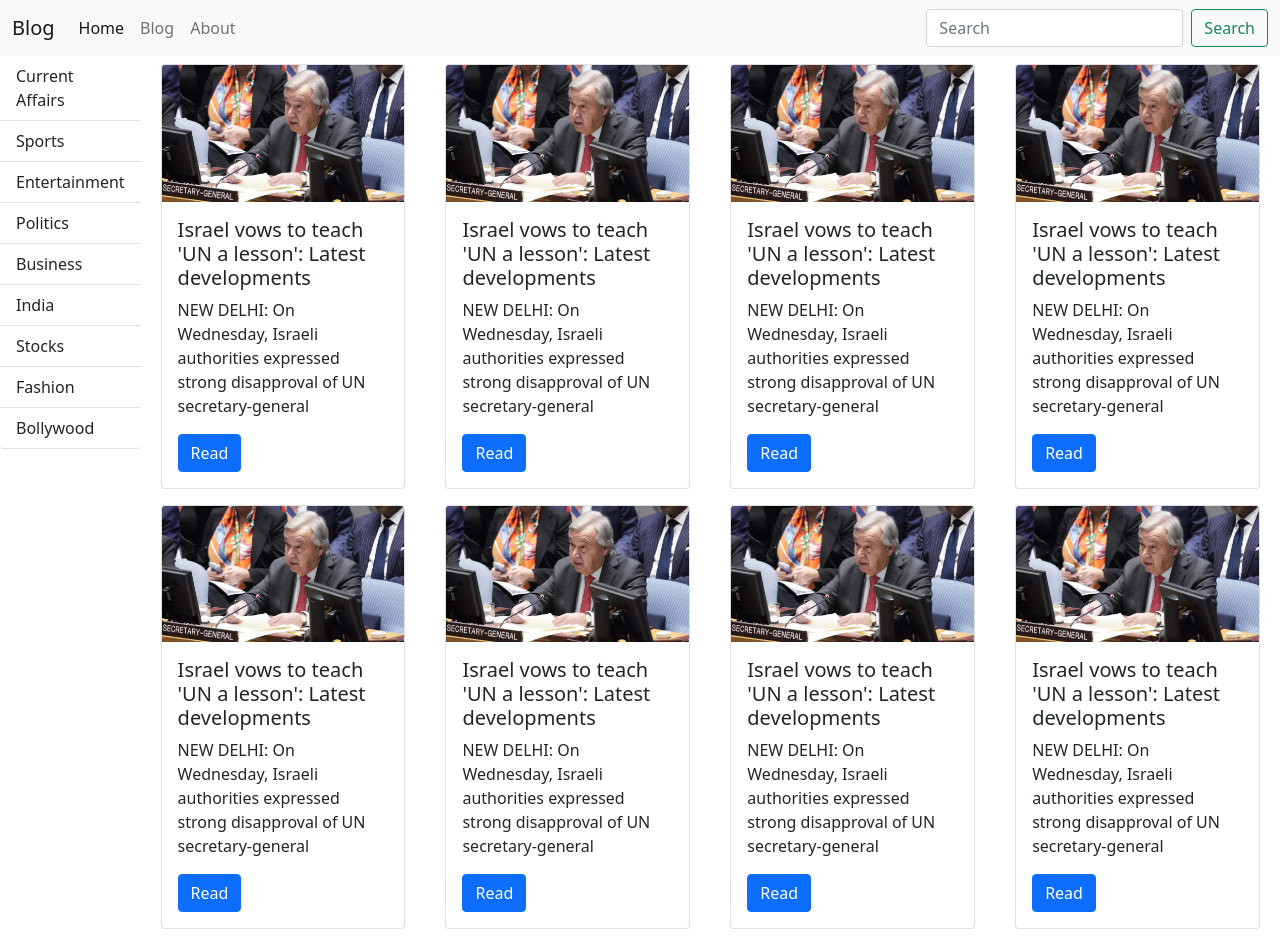
Repository: syni18/bootstrap_blog
Page: index.html
These files come from the project's save history. The page is drawn as it stood at one moment and after a run of saves; the edit follows.
The browser window is 1280 px wide. The pictures show the whole page.

Above is the page before, as saved 2023-10-25 22:31:45.

### index.html
<!DOCTYPE html>
<html lang="en">
  <head>
    <meta charset="UTF-8" />
    <meta name="viewport" content="width=device-width, initial-scale=1.0" />
    <link
      href="https://cdn.jsdelivr.net/npm/bootstrap@5.0.2/dist/css/bootstrap.min.css"
      rel="stylesheet"
      integrity="sha384-EVSTQN3/azprG1Anm3QDgpJLIm9Nao0Yz1ztcQTwFspd3yD65VohhpuuCOmLASjC"
      crossorigin="anonymous"
    />
    <script
      src="https://cdn.jsdelivr.net/npm/bootstrap@5.0.2/dist/js/bootstrap.bundle.min.js"
      integrity="sha384-MrcW6ZMFYlzcLA8Nl+NtUVF0sA7MsXsP1UyJoMp4YLEuNSfAP+JcXn/tWtIaxVXM"
      crossorigin="anonymous"
    ></script>
    <title>Blogging</title>
  </head>
  <body>
    <nav class="navbar navbar-expand-lg navbar-light bg-light">
      <div class="container-fluid">
        <a class="navbar-brand" href="#"> Blog </a>
        <button
          class="navbar-toggler"
          type="button"
          data-bs-toggle="collapse"
          data-bs-target="#navbarSupportedContent"
          aria-controls="navbarSupportedContent"
          aria-expanded="false"
          aria-label="Toggle navigation"
        >
          <span class="navbar-toggler-icon"></span>
        </button>
        <div class="collapse navbar-collapse" id="navbarSupportedContent">
          <ul class="navbar-nav me-auto mb-2 mb-lg-0">
            <li class="nav-item">
              <a class="nav-link active" aria-current="page" href="#"> Home </a>
            </li>
            <li class="nav-item">
              <a class="nav-link" href="#"> Blog </a>
            </li>
            <!-- <li class="nav-item dropdown">
              <a
                class="nav-link dropdown-toggle"
                href="#"
                id="navbarDropdown"
                role="button"
                data-bs-toggle="dropdown"
                aria-expanded="false"
              >
                Dropdown
              </a>
              <ul class="dropdown-menu" aria-labelledby="navbarDropdown">
                <li>
                  <a class="dropdown-item" href="#">
                    Action
                  </a>
                </li>
                <li>
                  <a class="dropdown-item" href="#">
                    Another action
                  </a>
                </li>
                <li>
                  <hr class="dropdown-divider" />
                </li>
                <li>
                  <a class="dropdown-item" href="#">
                    Something else here
                  </a>
                </li>
              </ul>
            </li> -->
            <li class="nav-item">
              <a class="nav-link" href="#"> About </a>
            </li>
          </ul>
          <form class="d-flex">
            <input
              class="form-control me-2"
              type="search"
              placeholder="Search"
              aria-label="Search"
            />
            <button class="btn btn-outline-success" type="submit">
              Search
            </button>
          </form>
        </div>
      </div>
    </nav>
    <div class="p-0 d-flex">
      <ul class="list-group">
        <li class="list-group-item border-0 border-bottom">Current Affairs</li>
        <li class="list-group-item border-0 border-bottom">Sports</li>
        <li class="list-group-item border-0 border-bottom">Entertainment</li>
        <li class="list-group-item border-0 border-bottom">Politics</li>
        <li class="list-group-item border-0 border-bottom">Business</li>
        <li class="list-group-item border-0 border-bottom">India</li>
        <li class="list-group-item border-0 border-bottom">Stocks</li>
        <li class="list-group-item border-0 border-bottom">Fashion</li>
        <li class="list-group-item border-0 border-bottom">Bollywood</li>
      </ul>
      <div class="container">
        <div class="row">
          <div class="col m-2">
            <div class="card w-100">
              <img src="./assets/blog_1.jpg" class="card-img-top" alt="..." />
              <div class="card-body">
                <h5 class="card-title">
                  Israel vows to teach 'UN a lesson': Latest developments
                </h5>
                <p class="card-text">
                  NEW DELHI: On Wednesday, Israeli authorities expressed strong
                  disapproval of UN secretary-general
                </p>
                <button
                  type="button"
                  class="btn btn-primary"
                  data-bs-toggle="modal"
                  data-bs-target="#staticBackdrop"
                >
                  Read
                </button>
              </div>
            </div>
          </div>
          <div class="col m-2">
            <div class="card w-100">
              <img src="./assets/blog_1.jpg" class="card-img-top" alt="..." />
              <div class="card-body">
                <h5 class="card-title">
                  Israel vows to teach 'UN a lesson': Latest developments
                </h5>
                <p class="card-text">
                  NEW DELHI: On Wednesday, Israeli authorities expressed strong
                  disapproval of UN secretary-general
                </p>
                <button
                  type="button"
                  class="btn btn-primary"
                  data-bs-toggle="modal"
                  data-bs-target="#staticBackdrop"
                >
                  Read
                </button>
              </div>
            </div>
          </div>
          <div class="col m-2">
            <div class="card w-100">
              <img src="./assets/blog_1.jpg" class="card-img-top" alt="..." />
              <div class="card-body">
                <h5 class="card-title">
                  Israel vows to teach 'UN a lesson': Latest developments
                </h5>
                <p class="card-text">
                  NEW DELHI: On Wednesday, Israeli authorities expressed strong
                  disapproval of UN secretary-general
                </p>
                <button
                  type="button"
                  class="btn btn-primary"
                  data-bs-toggle="modal"
                  data-bs-target="#staticBackdrop"
                >
                  Read
                </button>
              </div>
            </div>
          </div>
          <div class="col m-2">
            <div class="card w-100">
              <img src="./assets/blog_1.jpg" class="card-img-top" alt="..." />
              <div class="card-body">
                <h5 class="card-title">
                  Israel vows to teach 'UN a lesson': Latest developments
                </h5>
                <p class="card-text">
                  NEW DELHI: On Wednesday, Israeli authorities expressed strong
                  disapproval of UN secretary-general
                </p>
                <button
                  type="button"
                  class="btn btn-primary"
                  data-bs-toggle="modal"
                  data-bs-target="#staticBackdrop"
                >
                  Read
                </button>
              </div>
            </div>
          </div>
        </div>
        <div class="row">
          <div class="col m-2">
            <div class="card w-100">
              <img src="./assets/blog_1.jpg" class="card-img-top" alt="..." />
              <div class="card-body">
                <h5 class="card-title">
                  Israel vows to teach 'UN a lesson': Latest developments
                </h5>
                <p class="card-text">
                  NEW DELHI: On Wednesday, Israeli authorities expressed strong
                  disapproval of UN secretary-general
                </p>
                <button
                  type="button"
                  class="btn btn-primary"
                  data-bs-toggle="modal"
                  data-bs-target="#staticBackdrop"
                >
                  Read
                </button>
              </div>
            </div>
          </div>
          <div class="col m-2">
            <div class="card w-100">
              <img src="./assets/blog_1.jpg" class="card-img-top" alt="..." />
              <div class="card-body">
                <h5 class="card-title">
                  Israel vows to teach 'UN a lesson': Latest developments
                </h5>
                <p class="card-text">
                  NEW DELHI: On Wednesday, Israeli authorities expressed strong
                  disapproval of UN secretary-general
                </p>
                <button
                  type="button"
                  class="btn btn-primary"
                  data-bs-toggle="modal"
                  data-bs-target="#staticBackdrop"
                >
                  Read
                </button>
              </div>
            </div>
          </div>
          <div class="col m-2">
            <div class="card w-100">
              <img src="./assets/blog_1.jpg" class="card-img-top" alt="..." />
              <div class="card-body">
                <h5 class="card-title">
                  Israel vows to teach 'UN a lesson': Latest developments
                </h5>
                <p class="card-text">
                  NEW DELHI: On Wednesday, Israeli authorities expressed strong
                  disapproval of UN secretary-general
                </p>
                <button
                  type="button"
                  class="btn btn-primary"
                  data-bs-toggle="modal"
                  data-bs-target="#staticBackdrop"
                >
                  Read
                </button>
              </div>
            </div>
          </div>
          <div class="col m-2">
            <div class="card w-100">
              <img src="./assets/blog_1.jpg" class="card-img-top" alt="..." />
              <div class="card-body">
                <h5 class="card-title">
                  Israel vows to teach 'UN a lesson': Latest developments
                </h5>
                <p class="card-text">
                  NEW DELHI: On Wednesday, Israeli authorities expressed strong
                  disapproval of UN secretary-general
                </p>
                <button
                  type="button"
                  class="btn btn-primary"
                  data-bs-toggle="modal"
                  data-bs-target="#staticBackdrop"
                >
                  Read
                </button>
              </div>
            </div>
          </div>
        </div>
        <!-- <div class="row">
          <div class="col m-2">
            <div class="card w-100">
              <img src="./assets/blog_1.jpg" class="card-img-top" alt="..." />
              <div class="card-body">
                <h5 class="card-title">
                  Israel vows to teach 'UN a lesson': Latest developments
                </h5>
                <p class="card-text">
                  NEW DELHI: On Wednesday, Israeli authorities expressed strong
                  disapproval of UN secretary-general
                </p>
                <button
                  type="button"
                  class="btn btn-primary"
                  data-bs-toggle="modal"
                  data-bs-target="#staticBackdrop"
                >
                  Read
                </button>
              </div>
            </div>
          </div>
          <div class="col m-2">
            <div class="card w-100">
              <img src="./assets/blog_1.jpg" class="card-img-top" alt="..." />
              <div class="card-body">
                <h5 class="card-title">
                  Israel vows to teach 'UN a lesson': Latest developments
                </h5>
                <p class="card-text">
                  NEW DELHI: On Wednesday, Israeli authorities expressed strong
                  disapproval of UN secretary-general
                </p>
                <button
                  type="button"
                  class="btn btn-primary"
                  data-bs-toggle="modal"
                  data-bs-target="#staticBackdrop"
                >
                  Read
                </button>
              </div>
            </div>
          </div>
          <div class="col m-2">
            <div class="card w-100">
              <img src="./assets/blog_1.jpg" class="card-img-top" alt="..." />
              <div class="card-body">
                <h5 class="card-title">
                  Israel vows to teach 'UN a lesson': Latest developments
                </h5>
                <p class="card-text">
                  NEW DELHI: On Wednesday, Israeli authorities expressed strong
                  disapproval of UN secretary-general
                </p>
                <button
                  type="button"
                  class="btn btn-primary"
                  data-bs-toggle="modal"
                  data-bs-target="#staticBackdrop"
                >
                  Read
                </button>
              </div>
            </div>
          </div>
          <div class="col m-2">
            <div class="card w-100">
              <img src="./assets/blog_1.jpg" class="card-img-top" alt="..." />
              <div class="card-body">
                <h5 class="card-title">
                  Israel vows to teach 'UN a lesson': Latest developments
                </h5>
                <p class="card-text">
                  NEW DELHI: On Wednesday, Israeli authorities expressed strong
                  disapproval of UN secretary-general
                </p>
                <button
                  type="button"
                  class="btn btn-primary"
                  data-bs-toggle="modal"
                  data-bs-target="#staticBackdrop"
                >
                  Read
                </button>
              </div>
            </div>
          </div>
        </div>
      </div> -->
    </div>
    <!-- Modal -->
    <div
      class="modal fade"
      id="staticBackdrop"
      data-bs-backdrop="static"
      data-bs-keyboard="false"
      tabindex="-1"
      aria-labelledby="staticBackdropLabel"
      aria-hidden="true"
    >
      <div class="modal-dialog modal-xl">
        <div class="modal-content">
          <div class="modal-header border-0">
            <h1 class="modal-title fs-5" id="staticBackdropLabel">
              Israel vows to teach 'UN a lesson': Latest developments
            </h1>
            <button
              type="button"
              class="btn-close"
              data-bs-dismiss="modal"
              aria-label="Close"
            ></button>
          </div>
          <div class="modal-body">
            <div class="text-center">
              <img src="./assets/blog_1.jpg" class="rounded w-50" alt="..." />
            </div>
            <p class="text-center p-4">
              NEW DELHI: On Wednesday, Israeli authorities expressed strong
              disapproval of UN secretary-general Antonio Guterres' remarks,
              suggesting that the lethal Hamas assault on southern Israel wasn't
              an isolated incident. They interpreted his statement as an
              endorsement of terrorism. In response, foreign minister Eli Cohen
              decided not to proceed with a planned meeting with Guterres.
              Meanwhile, Antonio Guterres has refuted claims made by Israel that
              he had endorsed the attacks by the Palestinian militant group,
              Hamas, on Israel in his remarks to the Security Council. Guterres
              expressed his astonishment at the misinterpretation of his words,
              stating, "I am shocked by the misrepresentations by some of my
              statement ... as if I was justifying acts of terror by Hamas. This
              is false. It was the opposite." Here is an FAQs on row between
              Israel and UN secretary-general:
            </p>
            <p class="">
              <p class="fw-bold">Q. What sparked the recent row between Israel and the UN
              secretary-general?</p>
              The tension escalated primarily due to comments
              made by the UN secretary-general, António Guterres, to the UN
              Security Council. Guterres expressed concerns over the situation
              in Gaza and made statements that Israel perceived as biased
              against them.
            </p>
            <p class="">
              <p class="fw-bold">Q. What did António Guterres say that caused controversy?</p>
              Guterres described Israel’s actions in the Gaza Strip as the “collective punishment of the Palestinian people” and as “clear violations of international humanitarian law.” He emphasized that while no injustice to the Palestinians could justify the attacks by Hamas, it's essential to recognize that these attacks did not "occur in a vacuum", referring to the long-standing occupation of Palestinian territories.
            </p>
            <p class="">
              <p class="fw-bold">Q: How did Israel respond to Guterres' comments?</p>
              Israel's reaction was swift and fierce. They called for Guterres' resignation and vowed to "teach the UN a lesson." As a direct action, Israel refused a visa to the UN humanitarian affairs chief, Martin Griffiths.
            </p>
          </div>
        </div>
      </div>
    </div>
  </body>
</html>

After the next 2 saves:
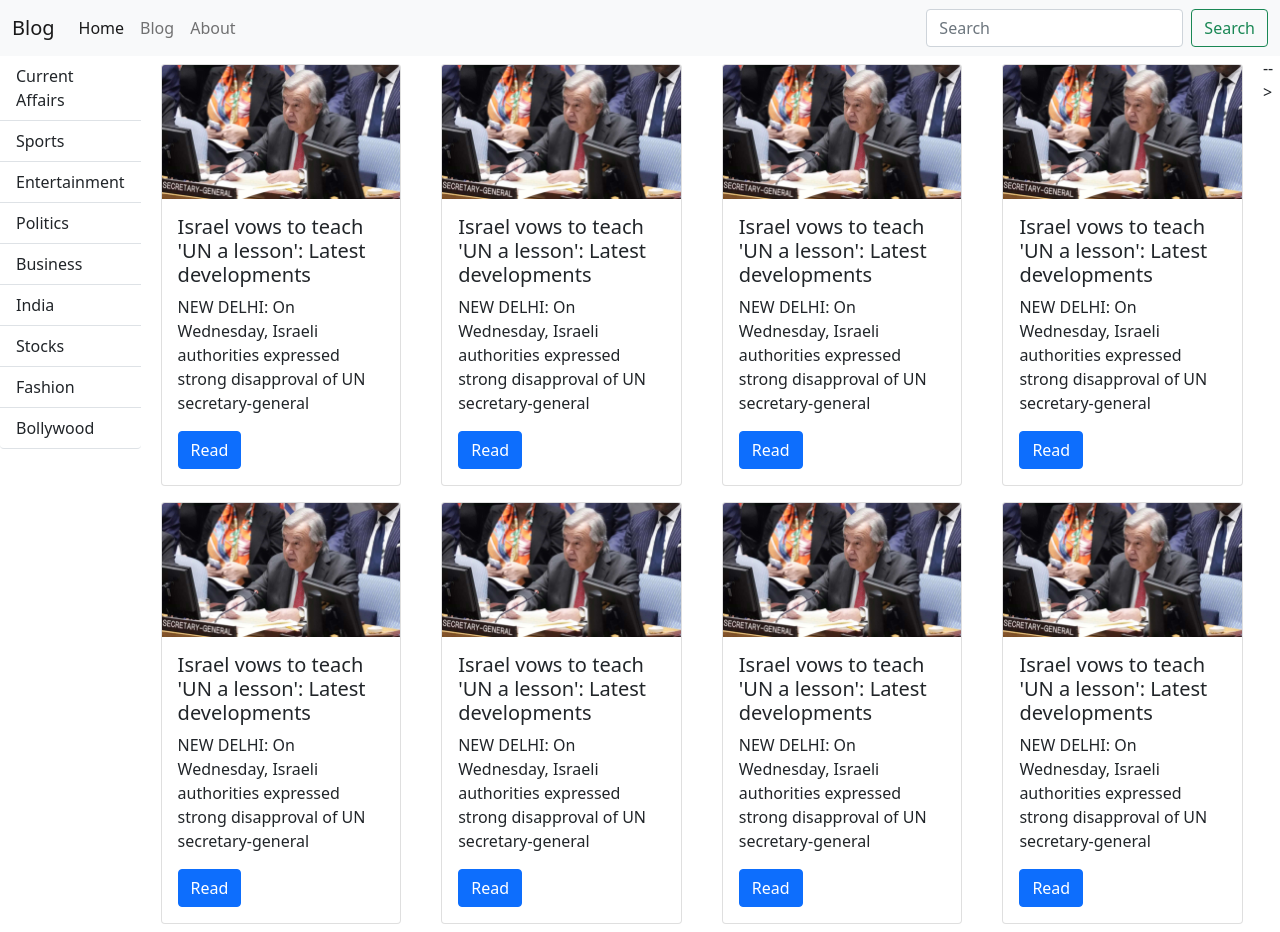
The 2 saves are shown as one change because they came seconds apart.
The last was saved 36 s later.
--- a/index.html
+++ b/index.html
@@ -371,7 +371,7 @@
               </div>
             </div>
           </div>
-        </div>
+        </div> -->
       </div> -->
     </div>
     <!-- Modal -->

After the save that followed:
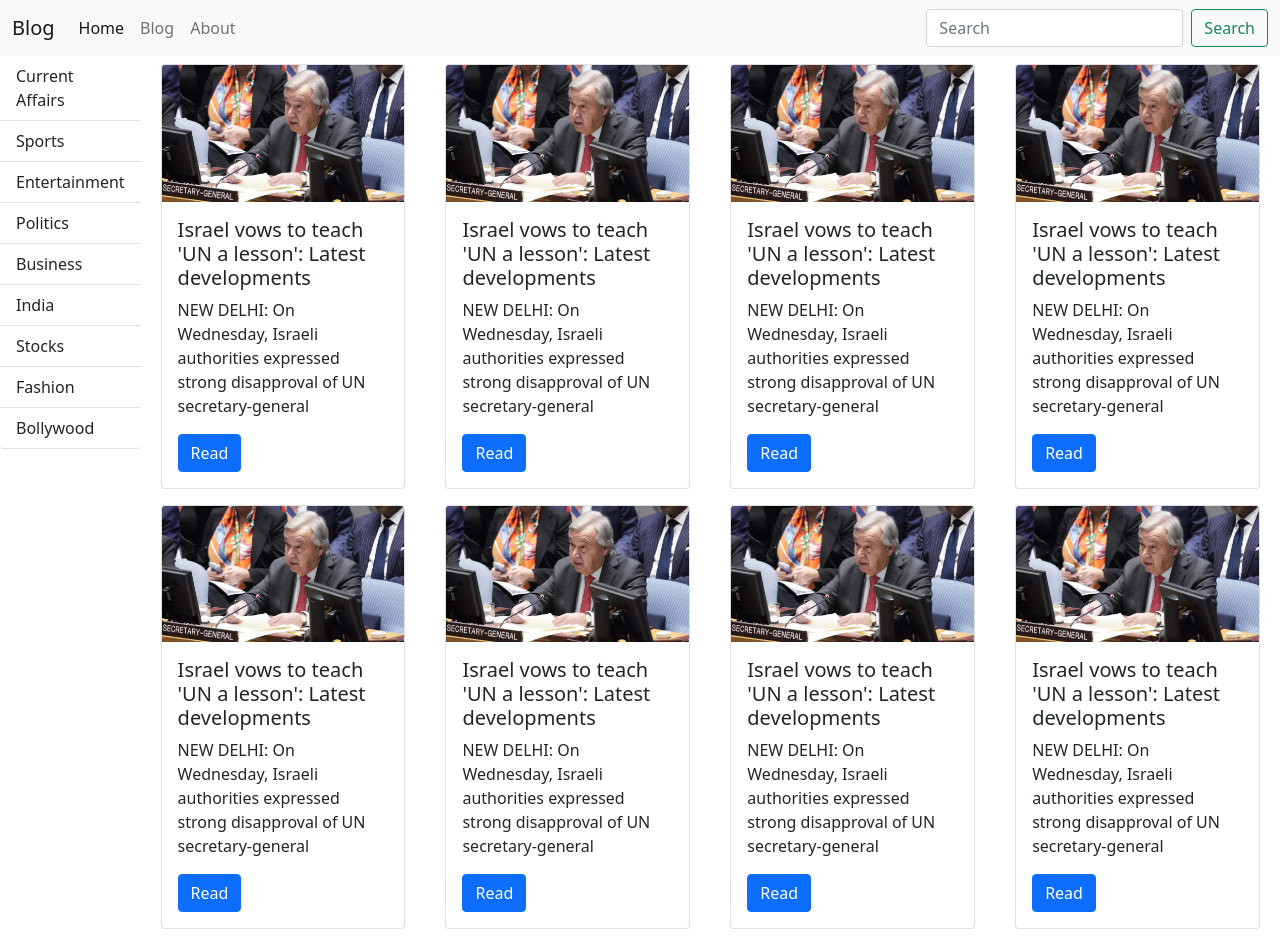
Saved 4 s later.
--- a/index.html
+++ b/index.html
@@ -372,7 +372,7 @@
             </div>
           </div>
         </div> -->
-      </div> -->
+      </div>
     </div>
     <!-- Modal -->
     <div
